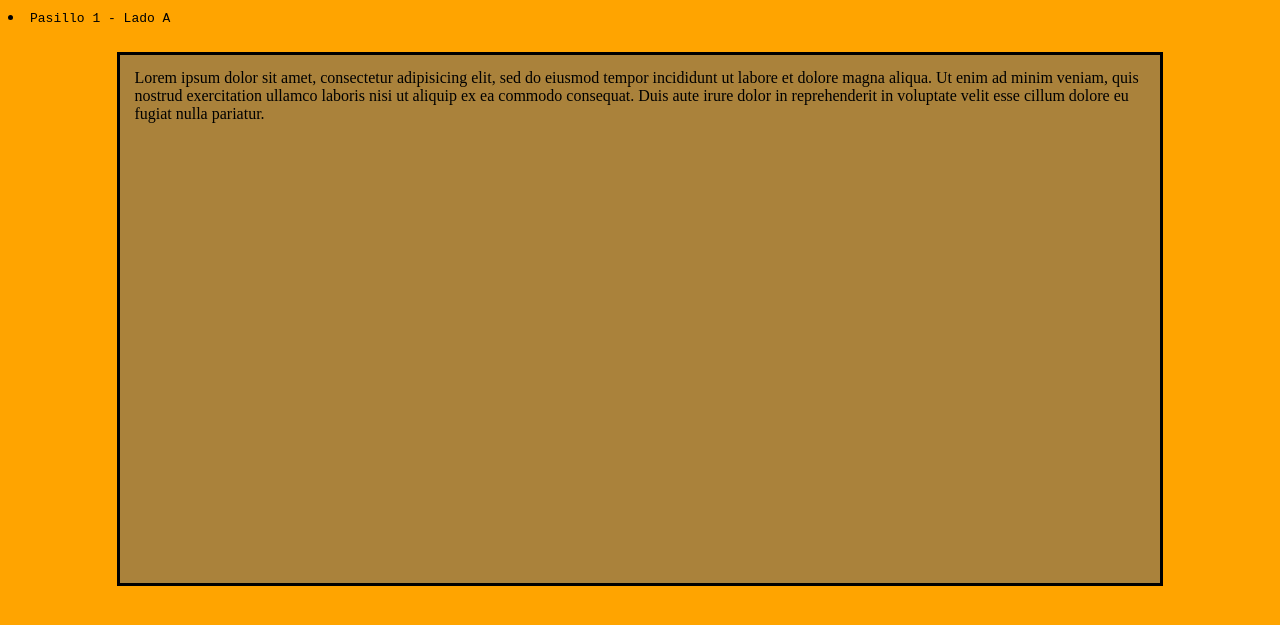
Repository: Franzcod/DepoStock_Web
Page: index.html
The author's editor kept a copy of each file at every save. The page is drawn from the files as they stood at one save, then again after the next save.
The browser window is 1280 px wide. The pictures show the whole page.

Above is the page before, as saved 2020-06-07 01:57:22.
Console error: ReferenceError: ur is not defined

After the next save:
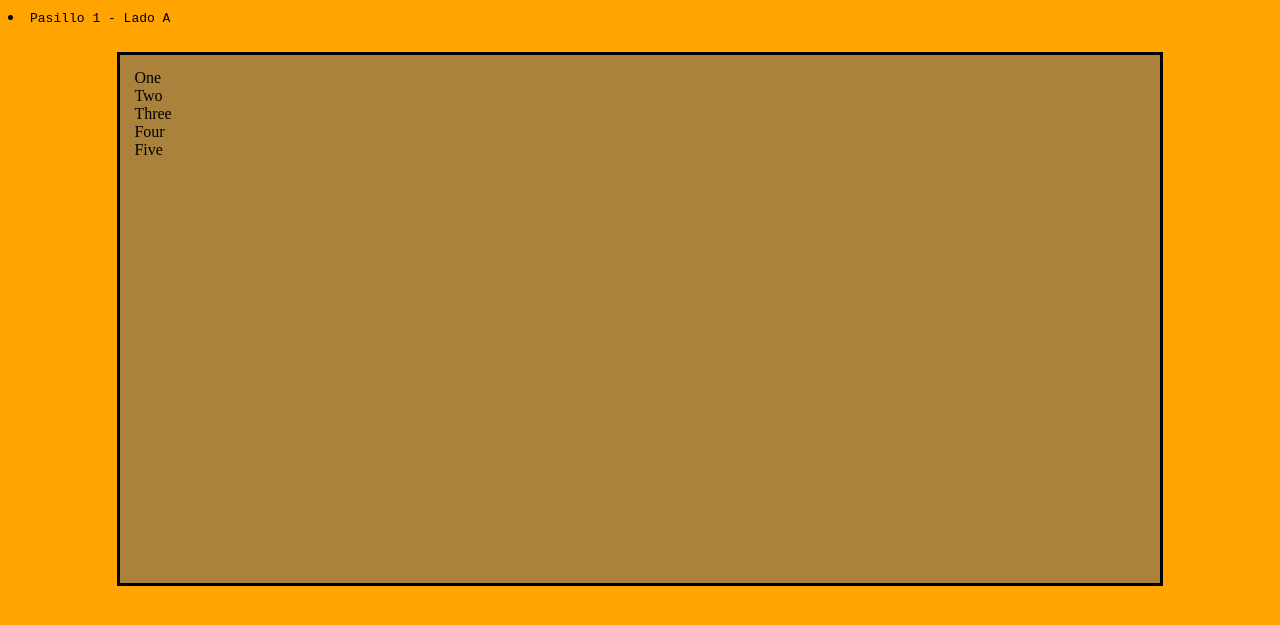
Saved 4 min 41 s later.
--- a/index.html
+++ b/index.html
@@ -11,7 +11,13 @@
 
     <li><code>Pasillo 1 - Lado A</code>
         <div id="div2">
-            Lorem ipsum dolor sit amet, consectetur adipisicing elit, sed do eiusmod tempor incididunt ut labore et dolore magna aliqua. Ut enim ad minim veniam, quis nostrud exercitation ullamco laboris nisi ut aliquip ex ea commodo consequat. Duis aute irure dolor in reprehenderit in voluptate velit esse cillum dolore eu fugiat nulla pariatur.
+            <div class="wrapper">
+                <div class="box1">One</div>
+                <div class="box2">Two</div>
+                <div class="box3">Three</div>
+                <div class="box4">Four</div>
+                <div class="box5">Five</div>
+            </div>
         </div>
     </li>
 
